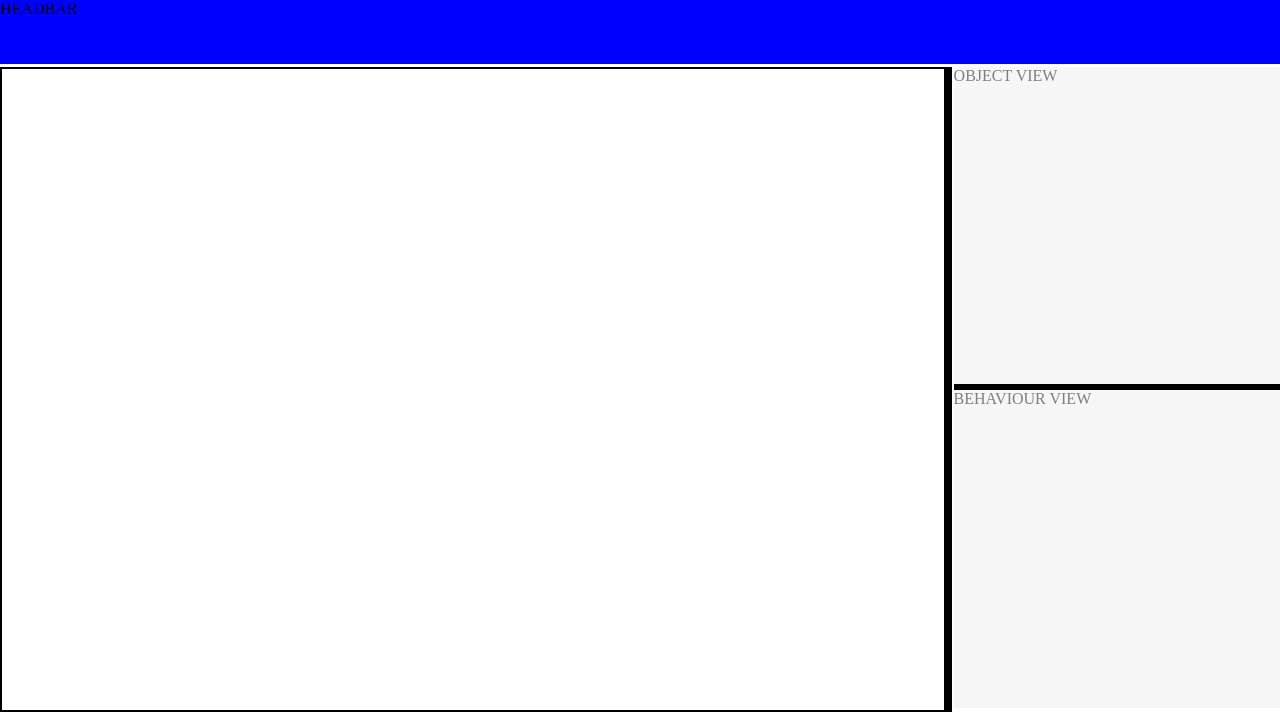
Repository: n-donnelly/onlinegameproto
Page: GameProto/WebContent/Content/main.html
The author's editor kept a record of every edit. The page is drawn from the files as they stood at one moment, then again after the next edit.
The browser window is 1280 px wide. The pictures show the whole page.
Some web libraries are served in a nearby version.

Above is the page before.

After the next edit:
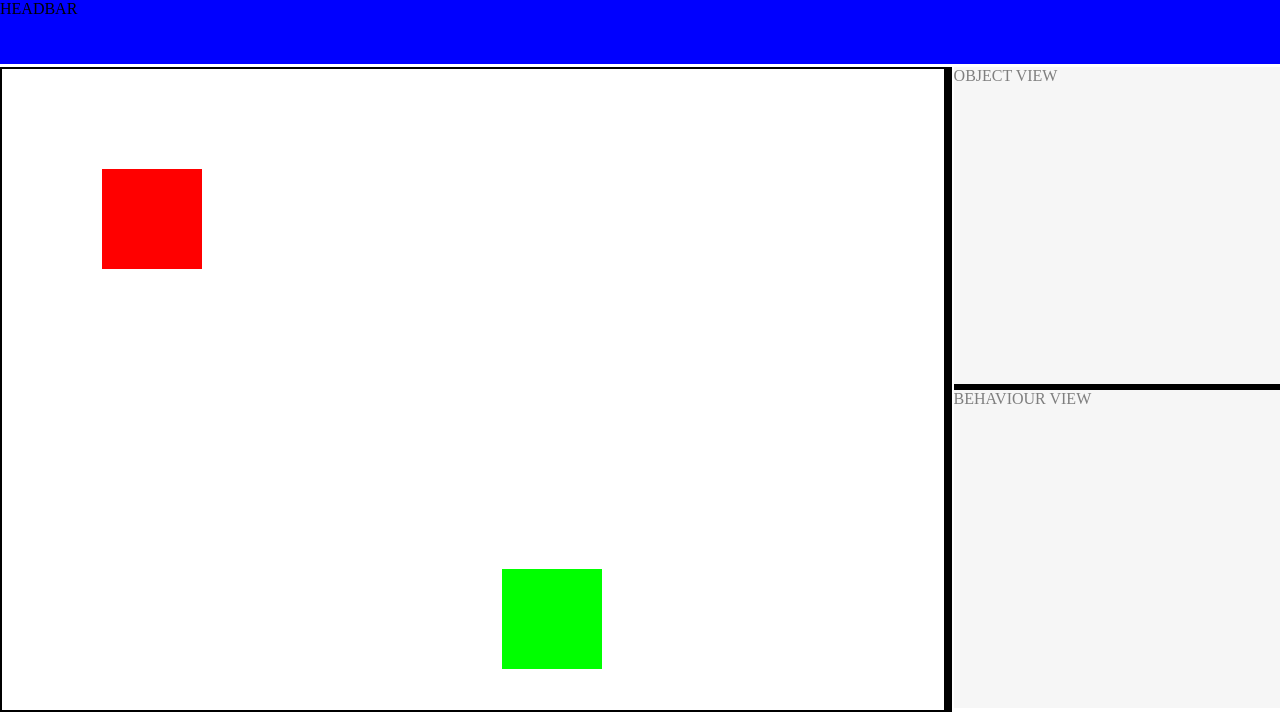
The edit:
--- a/GameProto/WebContent/scripts/run_game.js
+++ b/GameProto/WebContent/scripts/run_game.js
@@ -1,8 +1,8 @@
 var gameObjects = [];
 
 function gameInit(canvas) {
-    var gameObject1 = new GameObject("Rect");
-    var gameObject2 = new GameObject("Rect");
+    var gameObject1 = new GameObject("fill_rect");
+    var gameObject2 = new GameObject("fill_rect");
     gameObject1.createRect("rect1", "rect", 100, 100, 100, 100, "#f00");
     gameObject2.createRect("rect2", "rect", 500, 500, 100, 100, "#0f0");
     gameObjects.push(gameObject1);
